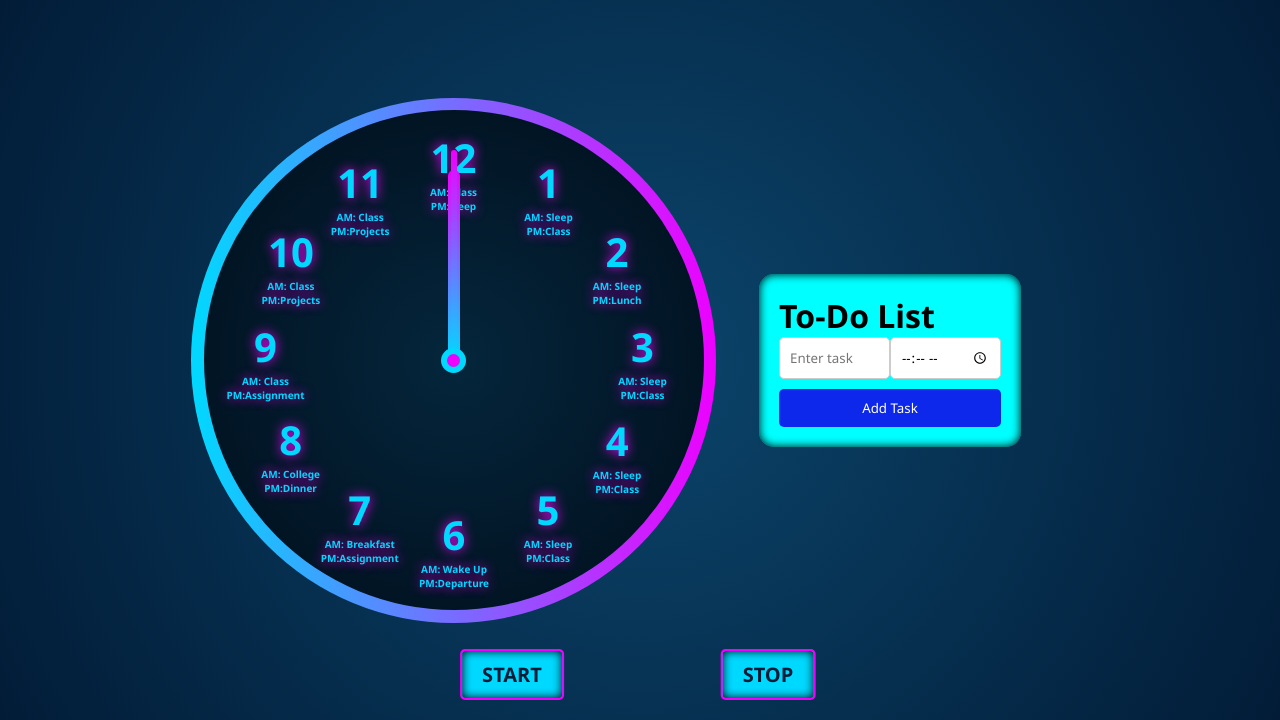
Repository: Suryansh-D/Cool-Clock
Page: index.html
These files come from the project's save history. The page is drawn as it stood at one moment and after a run of saves; the edit follows.
The browser window is 1280 px wide. The pictures show the whole page.

Above is the page before, as saved 2024-01-30 18:50:45.

After the next 2 saves:
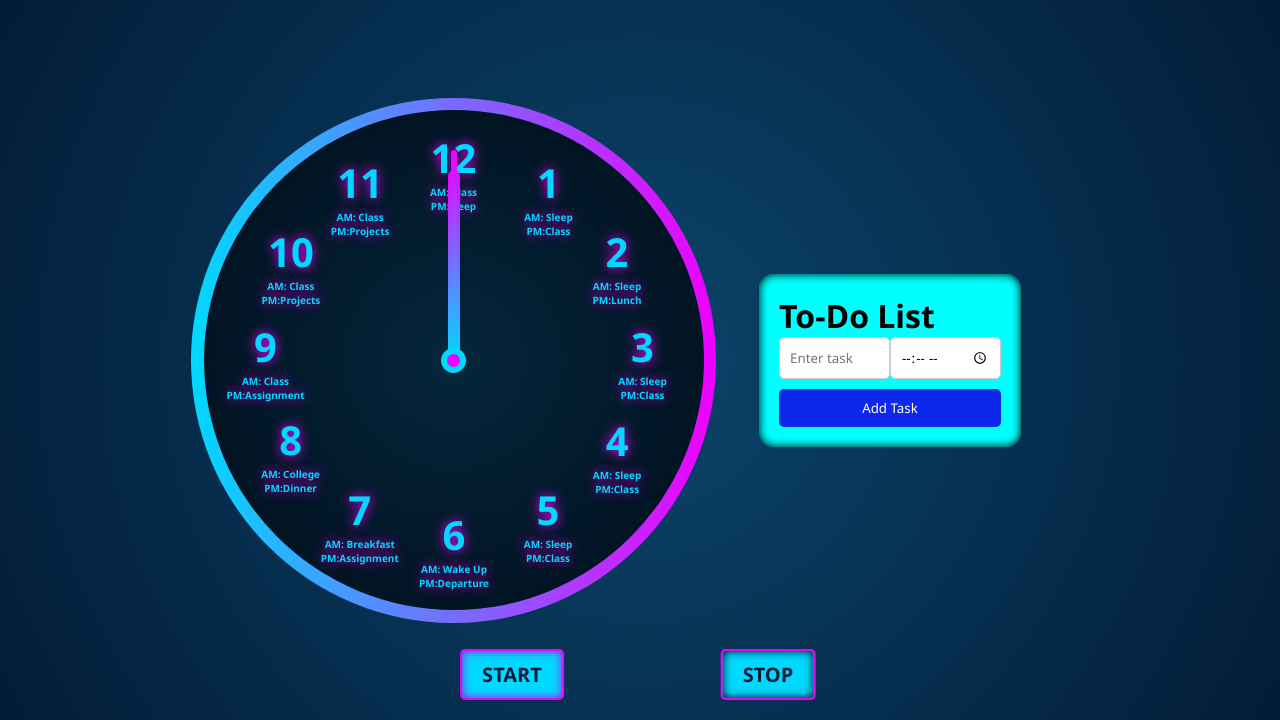
The 2 saves are shown as one change because they came seconds apart.
The last was saved 9 s later.
--- a/style.css
+++ b/style.css
@@ -96,7 +96,7 @@ body{
     font-weight: 500;
     cursor: pointer;
     transition: all 0.3s ease;
-    box-shadow: inset 0 0 10px #000;
+    box-shadow: inset 0 0 10px #a30ee4;
 }
 .stop-btn{
     position: absolute;
